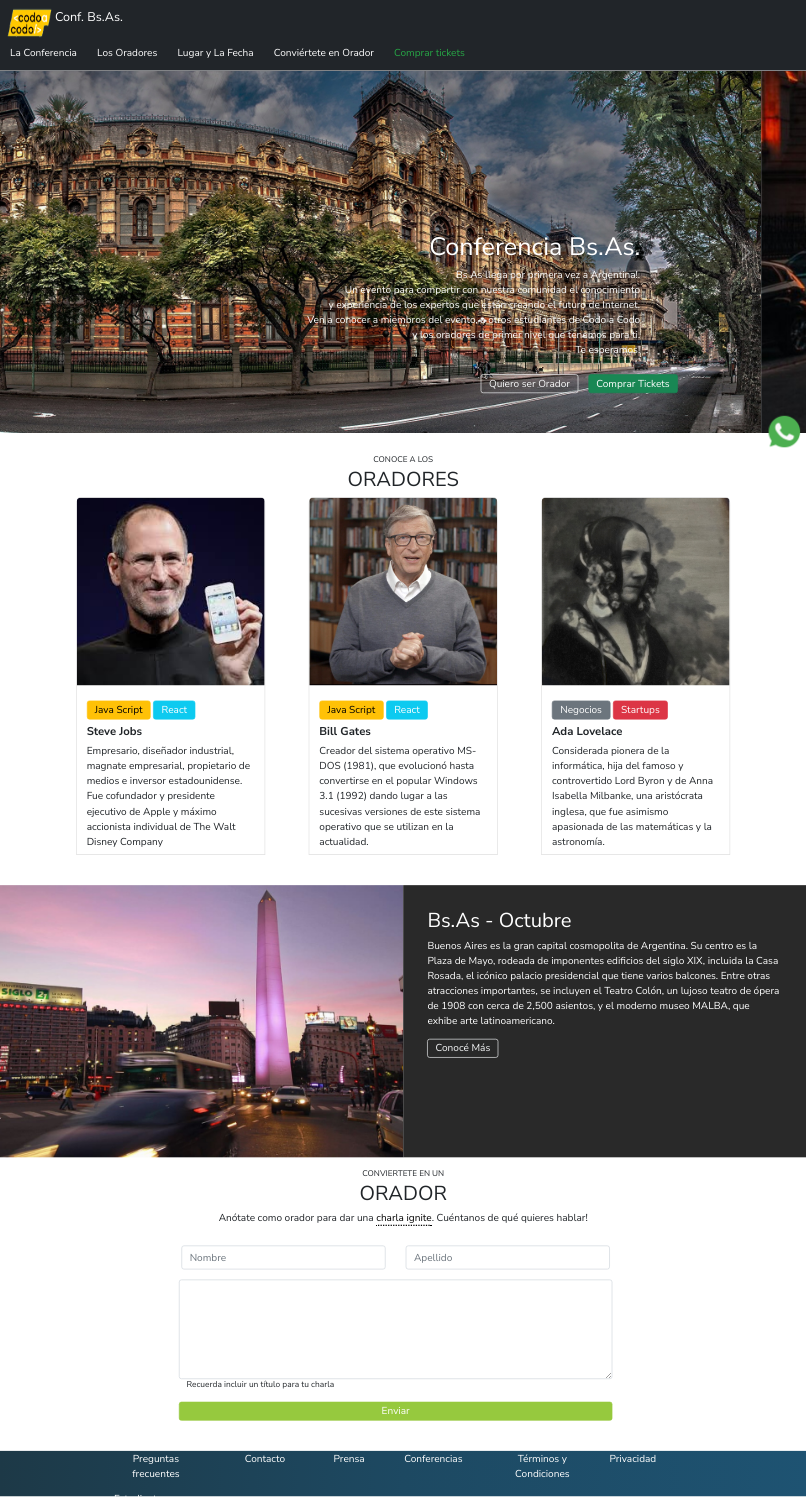
Repository: Melire/trabajo-final-BS
Page: index.html
These files come from the project's save history. The page is drawn as it stood at one moment and after the next save; the edit follows.
The browser window is 1280 px wide. The pictures show the whole page, at 63% of full size.

Above is the page before, as saved 2023-05-11 18:46:18.

After the next save:
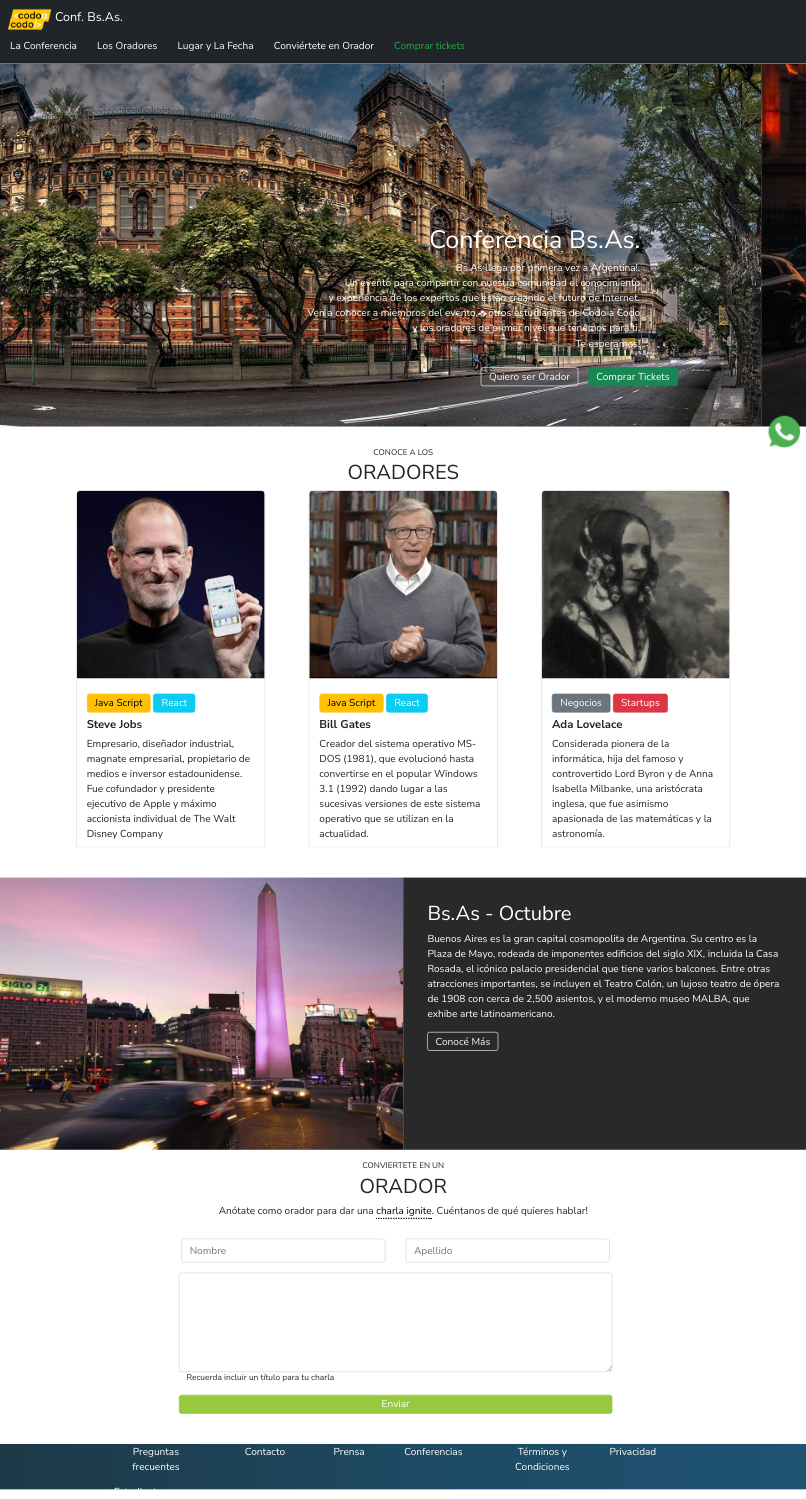
Saved 4 s later.
--- a/index.html
+++ b/index.html
@@ -21,7 +21,7 @@
             <nav class="navbar navbar-dark bg-dark">
                 <div class="container-fluid">
                     <a class="navbar-brand" href="https://www.buenosaires.gob.ar/educacion/codo-codo" target="_blank">
-                        <img src="./assets/img/codoacodo.png" alt="Logo" width="70" height="45"
+                        <img src="./assets/img/codoacodo.png" alt="Logo" width="70"
                             class="d-inline-block align-text-top">
                         Conf. Bs.As.
                     </a>
